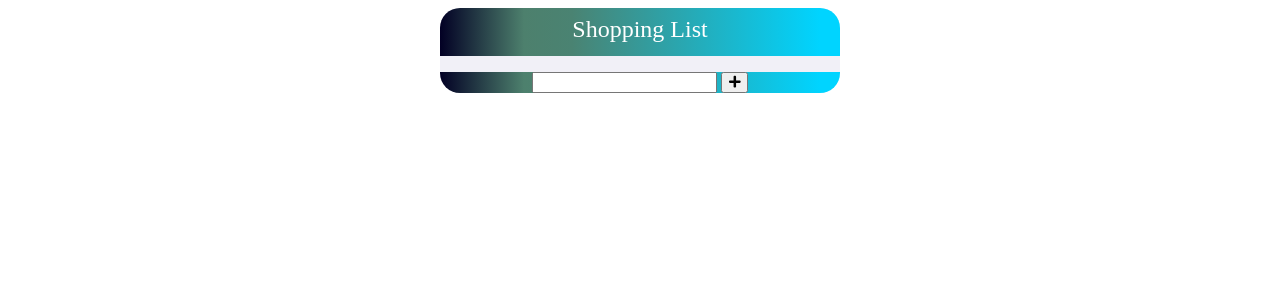
Repository: woojinShim/Browser-Study
Page: shopping/index.html
The author's editor kept a copy of each file at every save. The page is drawn from the files as they stood at one save, then again after the next save.
The browser window is 1280 px wide. The pictures show the whole page.

Above is the page before, as saved 2022-02-06 21:02:38.

### shopping/index.html
<!DOCTYPE html>
<html lang="en">
<head>
    <meta charset="UTF-8">
    <meta http-equiv="X-UA-Compatible" content="IE=edge">
    <meta name="viewport" content="width=device-width, initial-scale=1.0">
    <title>Document</title>
    <script src="main.js" defer></script>
    <link rel="stylesheet" href="style.css">
    <script src="https://use.fontawesome.com/releases/v5.15.4/js/all.js" data-auto-replace-svg="nest"></script>
</head>
<body>
    <section class="list">
        <header class="header">Shopping List</header>
        <ul class="items"></ul>
        <footer class="footer">
            <input type="text" class="footer__input">
            <button class="footer__button"><i class="fas fa-plus"></i></button>
        </footer>
    </section>
</body>
</html>

### shopping/style.css
* {
  box-sizing: border-box;
}

ul {
  padding: 0;
}

body {
  background-color: ced3df;
  text-align: center;
}

.list {
  width: 400px;
  margin: auto;
  background-color: #f1f0f7;
  border-radius: 20px;
}

.header {
  height: 48px;
  padding: 8px;
  font-size: 24px;
  background: rgb(2, 0, 36);
  background: linear-gradient(
    90deg,
    rgba(2, 0, 36, 1) 0%,
    rgba(77, 128, 109, 1) 21%,
    rgba(74, 131, 114, 1) 33%,
    rgba(0, 212, 255, 1) 95%
  );
  border-radius: 20px 20px 0 0;
  color: white;
}

items {
  height: 500px;
  overflow-y: auto;
}

.footer {
  background: rgb(2, 0, 36);
  background: linear-gradient(
    90deg,
    rgba(2, 0, 36, 1) 0%,
    rgba(77, 128, 109, 1) 21%,
    rgba(74, 131, 114, 1) 33%,
    rgba(0, 212, 255, 1) 95%
  );
  border-radius: 0 0 20px 20px;
}

Loaded but not shown: shopping/main.js (no stored copy; drawn as an empty file)

After the next save:
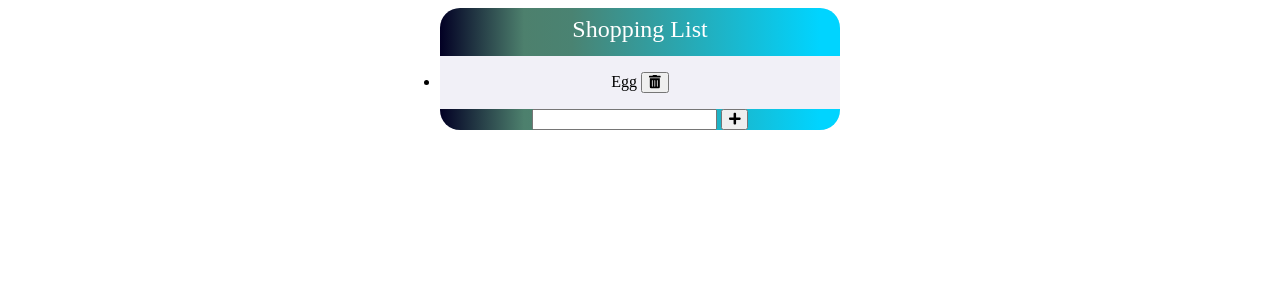
Saved 114 s later.
--- a/shopping/index.html
+++ b/shopping/index.html
@@ -12,7 +12,14 @@
 <body>
     <section class="list">
         <header class="header">Shopping List</header>
-        <ul class="items"></ul>
+        <ul class="items">
+            <li class="item__row">
+                <div class="item">
+                    <span class="item__name">Egg</span>
+                    <button class="item__delete"><i class="fas fa-trash-alt"></i></button>
+                </div>
+            </li>
+        </ul>
         <footer class="footer">
             <input type="text" class="footer__input">
             <button class="footer__button"><i class="fas fa-plus"></i></button>
